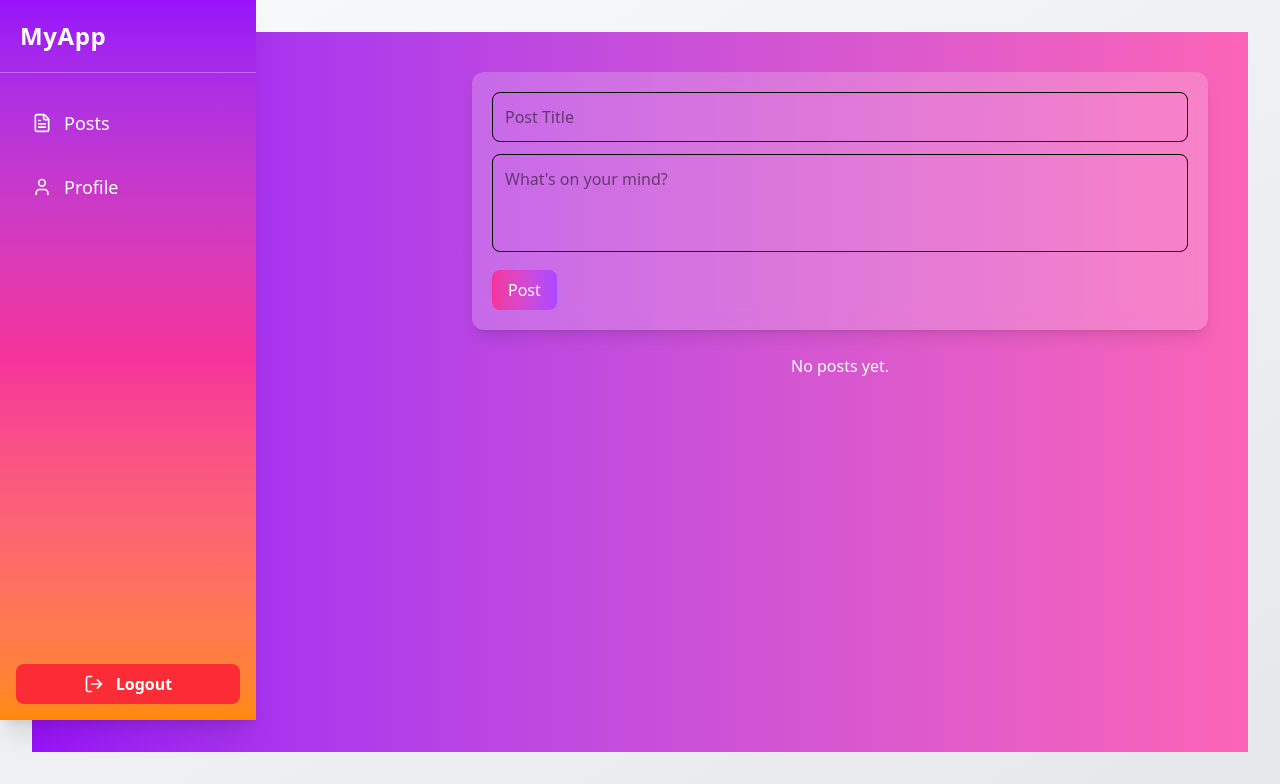
Repository: Tushal27/LinkdPlus-Frontend
Page: /Posts
An editor plug-in stored every save of this project. The page is shown before and after the next save, followed by the edit.
The browser window is 1280 px wide. The pictures show the whole page.
The page's requests for data from a server got no answer. The project was rebuilt for these pictures with package versions that can differ from the ones it lists, and the page was loaded fresh each time. No one was signed in, and anything a server would have sent is missing. Also part of the build but not shown: vite.config.js, src/pages/Login.jsx, src/pages/Register.jsx, src/components/Navbar.jsx, src/components/Features.jsx, src/components/AboutUs.jsx, src/pages/HomePage.jsx, src/components/CommentsDrawer.jsx and 3 more.

Above is the page before, as saved 2025-08-04 09:42:19.

### src/main.jsx
import { createRoot } from 'react-dom/client'
import AuthProvider from './context/AuthProvider'
import { BrowserRouter } from'react-router-dom'
import './index.css'
import App from './App.jsx'

createRoot(document.getElementById('root')).render(
    <BrowserRouter>
      <AuthProvider>
        <App />
      </AuthProvider>
    </BrowserRouter>
)

### src/context/AuthProvider.jsx
import { useEffect, useState } from "react";
import {jwtDecode} from "jwt-decode";
import api from "../api/axios";
import AuthContext from "./AuthContext";

export default function AuthProvider({ children }) {
  const [user, setUser] = useState(null);

  const Login = async (email, password) => {
    try {
      const res = await api.post("/login/", { email, password });
      localStorage.setItem("access", res.data.access);
      localStorage.setItem("refresh", res.data.refresh);
      setUser({ email });
      return true;
    } catch (err) {
      console.log(err);
      return false;
    }
  };

  const Register = async (email, password, re_password, first_name, last_name) => {
    try {
      await api.post("/register/", { email, password, re_password, first_name, last_name });
      await Login(email, password); // Auto login
      return true;
    } catch (err) {
      return err.response?.data || { detail: "Something went wrong" };
    }
  };

  const Logout = () => {
    localStorage.removeItem("access");
    localStorage.removeItem("refresh");
    setUser(null);
  };

  // 🔹 Auto Refresh Token Function
  const refreshAccessToken = async () => {
    try {
      const refresh = localStorage.getItem("refresh");
      if (!refresh) return Logout();

      const res = await api.post("/token/refresh/", { refresh });
      localStorage.setItem("access", res.data.access);
    } catch (err) {
      console.log("Failed to refresh token:", err);
      Logout();
    }
  };

  // 🔹 Check every 4 minutes (or before expiry)
  useEffect(() => {
    const interval = setInterval(() => {
      const access = localStorage.getItem("access");
      if (!access) return;

      try {
        const decoded = jwtDecode(access);
        if (decoded.exp * 1000 < Date.now() + 60000) {
          refreshAccessToken();
        }
      } catch {
        refreshAccessToken();
      }
    }, 4 * 60 * 1000); // every 4 mins

    return () => clearInterval(interval);
  }, []);

  return (
    <AuthContext.Provider value={{ user, Login, Register, Logout }}>
      {children}
    </AuthContext.Provider>
  );
}

### src/index.css
@import  "tailwindcss";

.body{
    margin : 0;
    padding : 0;
    height : 100%;
    box-sizing: border-box;
}
.bg-gradient{
   @apply bg-gradient-to-r from-blue-500 via-purple-500 to-pink-500;
}
.input-box{
    @apply w-full p-2 border mb-3 rounded;
}
.flex-center{
    @apply flex justify-center items-center;
}
.button-main{
    @apply text-white rounded-md ring text-2xl px-2 mx-2 focus:ring-blue-500;
}
.h1-main{
    @apply text-2xl sm:text-4xl  md:text-5xl lg:text-7xl
}

### src/App.jsx
import { Routes,Route } from "react-router-dom";
import Login from "./pages/Login";
import Register from "./pages/Register";
import HomePage from "./pages/HomePage";
import Profile from "./pages/Profile";
import Posts from "./pages/Posts";
import EditProfile from "./pages/EditProfile";
import Features from "./components/Features";
import AboutUs from "./components/AboutUs";
export default function App() {
  return (<>
      <Routes>
        <Route path="/" element={ <HomePage />}/>
        <Route path="/Features" element={<Features/>} />
        <Route path="/About-Us" element={<AboutUs/>} />
        <Route path="/login" element={<Login/>} />
        <Route path="/Register" element={<Register/>} />
        <Route path="/Posts" element={<Posts/>} />
        <Route path="/Profile" element={<Profile/>} />
        <Route path="/Edit-Profile" element={<EditProfile/>} />

      </Routes>
      </>
  );
}

### src/api/axios.js
import axios from "axios";

const api = axios.create({
    baseURL: 'http://127.0.0.1:8000/api',
});

api.interceptors.request.use(
    (config) => {
        const token = localStorage.getItem("access");
        console.log("token");
        console.log(token);
        if (token) {
            config.headers.Authorization = `Bearer ${token}`;
        }
        return config;
    },
    (error) => Promise.reject(error)
);

export default api;

### src/context/authcontext.js
import { createContext } from "react";
export const AuthContext = createContext();

export default AuthContext;

### src/pages/Posts.jsx
import React, { useEffect, useState } from "react";
import api from "../api/axios";
import { ClipLoader } from "react-spinners";
import PostCard from "../components/PostCard";
import CommentsDrawer from "../components/CommentsDrawer";
import Layout from "./Layout";
export default function Posts() {
  const [posts, setPosts] = useState([]);
  const [profile, setProfile] = useState(null);
  const [loading, setLoading] = useState(true);
  const [newTitle, setNewTitle] = useState("");
  const [newPost, setNewPost] = useState("");
  const [selectedPost, setSelectedPost] = useState(null); // ✅ Track which post comments are open

  useEffect(() => {
    const fetchData = async () => {
      try {
        const resProfile = await api.get("/profile/");
        setProfile(resProfile.data);
        const resPosts = await api.get("/posts/");
        setPosts(resPosts.data);
      } catch (err) {
        console.error("Error fetching data:", err);
      } finally {
        setLoading(false);
      }
    };
    fetchData();
  }, []);

  const handleCreatePost = async () => {
    if (!newTitle.trim() || !newPost.trim()) return;
    try {
      const res = await api.post("/posts/", { title: newTitle, content: newPost });
      setPosts((prev) => [res.data, ...prev]);
      setNewTitle("");
      setNewPost("");
    } catch (err) {
      console.error("Failed to create post:", err);
    }
  };

  const handleLike = async (id) => {
    try {
      const res = await api.post(`/posts/${id}/like/`);
      setPosts((prev) =>
        prev.map((p) =>
          p.id === id ? { ...p, likes_count: res.data.likes_count, dislikes_count: res.data.dislikes_count } : p
        )
      );
    } catch (err) {
      console.error(err);
    }
  };

  const handleDislike = async (id) => {
    try {
      const res = await api.post(`/posts/${id}/dislike/`);
      setPosts((prev) =>
        prev.map((p) =>
          p.id === id ? { ...p, likes_count: res.data.likes_count, dislikes_count: res.data.dislikes_count } : p
        )
      );
    } catch (err) {
      console.error(err);
    }
  };

  return (
    <Layout>
    <div className="min-h-screen  bg-gradient-to-r from-purple-600 to-pink-400 p-10 flex justify-center">
      <div className="flex flex-col md:flex-row gap-8 w-full max-w-6xl">

        {/* Left Profile */}
        <div className="hidden md:block w-1/3">
          {profile && (
            <div className="bg-white/20 backdrop-blur-md p-5 rounded-xl shadow-lg text-center">
              <img
                src={`https://linkdplus-backen.onrender.com${profile.avatar}`}
                alt="Avatar"
                className="w-24 h-24 rounded-full mx-auto mb-3 border-4 border-white shadow-lg"
              />
              <h2 className="text-xl font-bold text-white">
                {profile.first_name} {profile.last_name}
              </h2>
              <p className="text-gray-200 mb-4">{profile.bio || "No bio yet"}</p>
              <p className="text-gray-100 font-semibold">{profile.posts.length} Posts</p>
            </div>
          )}
        </div>

        {/* Posts Section */}
        <div className="w-full md:w-2/3">
          {/* Create Post */}
          <div className="bg-white/20 backdrop-blur-md p-5 rounded-xl shadow-lg mb-6">
            <input
              type="text"
              value={newTitle}
              onChange={(e) => setNewTitle(e.target.value)}
              placeholder="Post Title"
              className="w-full border rounded-lg p-3 mb-3 focus:ring focus:ring-purple-400 outline-none"
            />
            <textarea
              value={newPost}
              onChange={(e) => setNewPost(e.target.value)}
              placeholder="What's on your mind?"
              className="w-full border rounded-lg p-3 resize-none mb-3 focus:ring focus:ring-purple-400 outline-none"
              rows="3"
            />
            <button
              onClick={handleCreatePost}
              className="bg-gradient-to-r from-pink-500 to-purple-500 text-white px-4 py-2 rounded-lg hover:opacity-90 transition"
            >
              Post
            </button>
          </div>

          {/* Posts */}
          {loading ? (
            <div className="flex justify-center items-center">
              <ClipLoader size={50} color="#fff" />
            </div>
          ) : posts.length > 0 ? (
            posts.map((post) => (
              <PostCard
                key={post.id}
                post={post}
                handleLike={handleLike}
                handleDislike={handleDislike}
                setSelectedPost={setSelectedPost} // ✅ pass function
              />
            ))
          ) : (
            <p className="text-center text-white">No posts yet.</p>
          )}
        </div>
      </div>

      {/* ✅ Single Comment Drawer */}
      {selectedPost && (
        <CommentsDrawer
          postId={selectedPost}
          onClose={() => setSelectedPost(null)} // ✅ close drawer
        />
      )}
    </div>
    </Layout>
  );
}

### src/pages/Layout.jsx
import React from "react";
import Sidebar from "./Sidebar";

export default function Layout({ children }) {
  return (
    <div className="flex min-h-screen bg-gradient-to-br from-gray-50 to-gray-200">
      <Sidebar />
      <div className="flex-1 p-8">{children}</div>
    </div>
  );
}

### src/pages/Sidebar.jsx
import React from "react";
import { useNavigate, useLocation } from "react-router-dom";
import { Home, FileText, User, LogOut } from "lucide-react";
import AuthContext from "../context/AuthContext";

export default function Sidebar() {
  const { Logout } = React.useContext(AuthContext);
  const navigate = useNavigate();
  const location = useLocation();

  const menuItems = [
    { name: "Posts", path: "/posts", icon: <FileText size={20} /> },
    { name: "Profile", path: "/profile", icon: <User size={20} /> },
  ];

  return (
    <div className="h-screen fixed w-64 bg-gradient-to-b from-purple-600 via-pink-500 to-orange-400 text-white flex flex-col shadow-xl">
      {/* Logo Section */}
      <div className="p-5 text-2xl font-bold tracking-wide border-b border-white/30">
        MyApp
      </div>

      {/* Menu Items */}
      <div className="flex flex-col flex-1 px-4 py-6 space-y-3">
        {menuItems.map((item) => (
          <button
            key={item.path}
            onClick={() => navigate(item.path)}
            className={`flex items-center gap-3 px-4 py-3 rounded-lg text-lg font-medium transition ${
              location.pathname === item.path
                ? "bg-white/30 shadow-md"
                : "hover:bg-white/20"
            }`}
          >
            {item.icon} {item.name}
          </button>
        ))}
      </div>

      {/* Logout Button */}
      <div className="p-4">
        <button
           onClick={async () => {
            await Logout();
            navigate("/login");
          }}
          className="w-full flex items-center justify-center gap-3 px-4 py-2 rounded-lg bg-red-500 hover:bg-red-600 font-semibold"
        >
          <LogOut size={20} /> Logout
        </button>
      </div>
    </div>
  );
}

Loaded but not shown: index.html (common file)

After the next save:
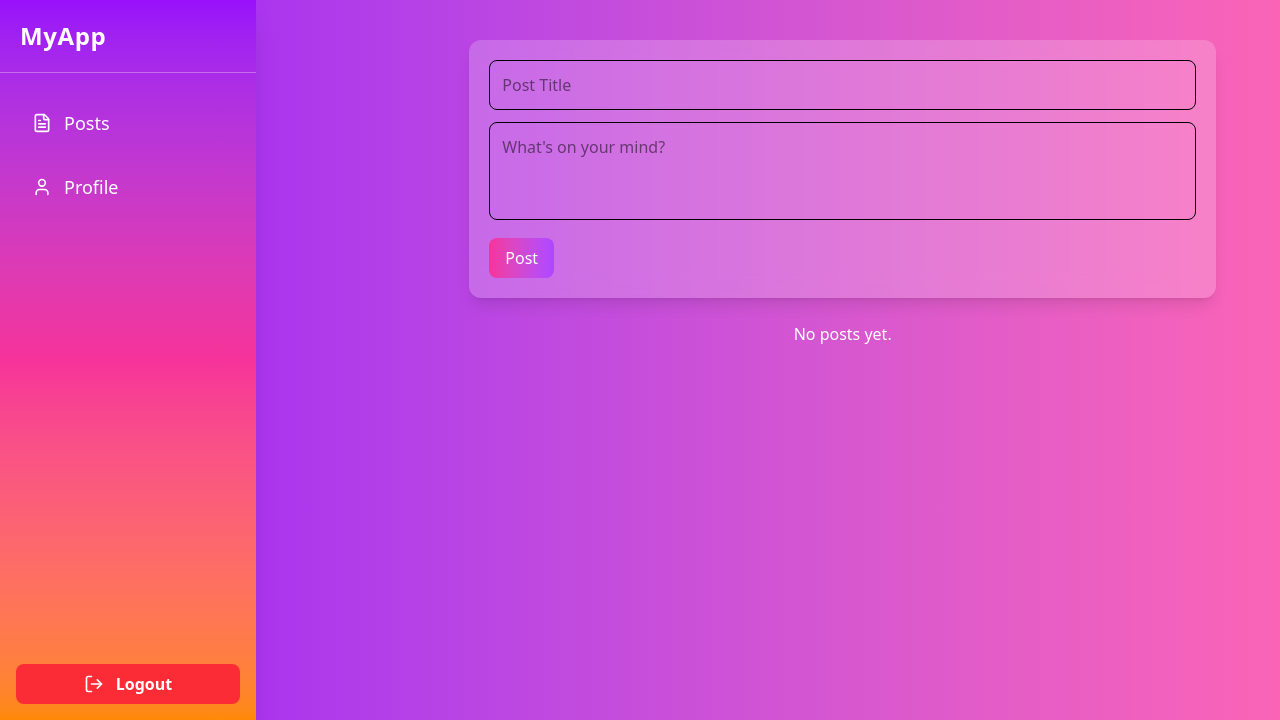
Saved 27 s later.
--- a/src/pages/Layout.jsx
+++ b/src/pages/Layout.jsx
@@ -5,7 +5,7 @@ export default function Layout({ children }) {
   return (
     <div className="flex min-h-screen bg-gradient-to-br from-gray-50 to-gray-200">
       <Sidebar />
-      <div className="flex-1 p-8">{children}</div>
+      <div className="flex-1 ">{children}</div>
     </div>
   );
 }
